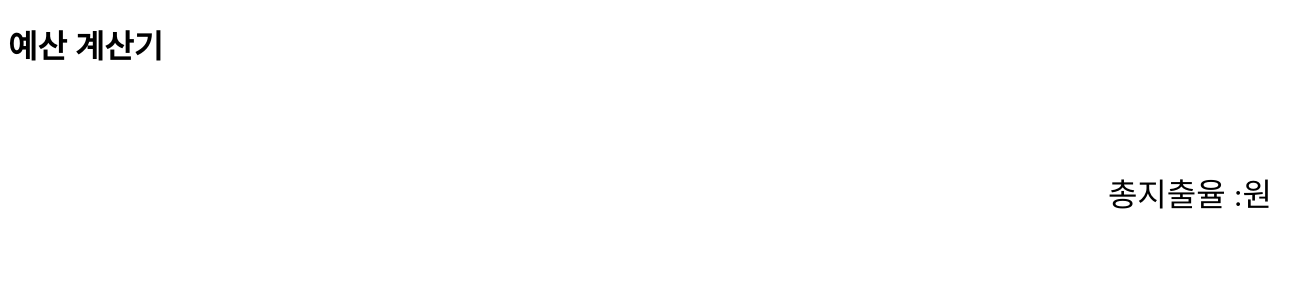
Repository: jongheonleee/budget_calculator
Page: /
The author's editor kept a copy of each file at every save. The page is drawn from the files as they stood at one save, then again after the next save.
The browser window is 1280 px wide. The page is 1304 px wide, then 1280 px, so the pictures cover 1304 px, including what lies to the right of the window. The pictures show the whole page.
The project was rebuilt for these pictures with package versions that can differ from the ones it lists, and the page was loaded fresh each time.

Above is the page before, as saved 2025-02-07 20:13:25.

### src/index.css
:root {
  --primaryColor : #90A959;
  --secondColor : #e9bb72;
  --mainWhite : #fff;
  --mainBlack : #222;
  --mainRed : #C45151;
  --mainGreen : #4CAF50;
}

### src/App.js
import { Component } from "react";


class App extends Component {

  render() {
    return (
      <main className="main-container">
        <h1>예산 계산기</h1>

        <div style={{ width:'100%', backgroundColor : 'white', padding: '1rem'}}>
          { /* Expense List */ }
        </div>

        <div style={{ display : 'flex', justifyContent: 'end', marginTop: '1rem'}}>
          <p style={{ fontSize : '2rem'}}>
            총지출율 :
            <span>원</span>
          </p>
        </div>
      </main>
    )
  }
}

export default App;

Loaded but not shown: public/index.html (common file); src/index.js (common file); src/reportWebVitals.js (common file)

After the next save:
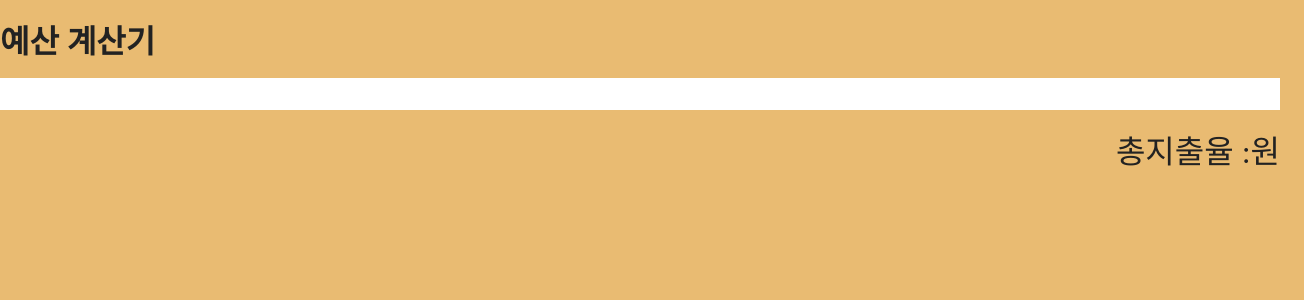
Saved 61 s later.
--- a/src/index.css
+++ b/src/index.css
@@ -6,3 +6,17 @@
   --mainRed : #C45151;
   --mainGreen : #4CAF50;
 }
+
+* {
+  margin: 0;
+  box-sizing: border-box;
+}
+
+body {
+  background: var(--secondColor);
+  color: var(--mainBlack);
+}
+
+h1 {
+  margin: 1rem 0;
+}
